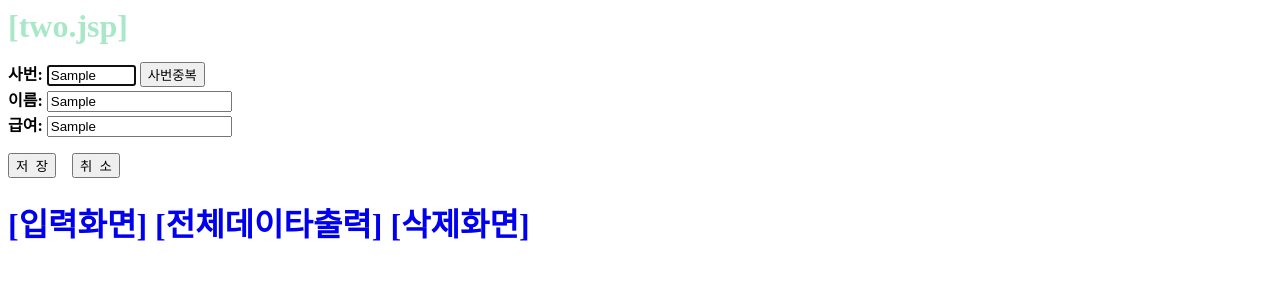
Repository: sorakazae/ITBANK_JSP_101
Page: http://localhost/Web0517/two.jsp
These files come from the project's save history. The page is drawn as it stood at one moment and after the next save; the edit follows.
The browser window is 1280 px wide. The pictures show the whole page.
Empty fields were first filled with sample values (such as "Sample", 5 or name@example.com).
After loading, the first visible `input[onclick="move()"]` was clicked once.
The page is served by Tomcat 9.

Above is the page before, as saved 2014-05-31 01:31:48.

After the next save:
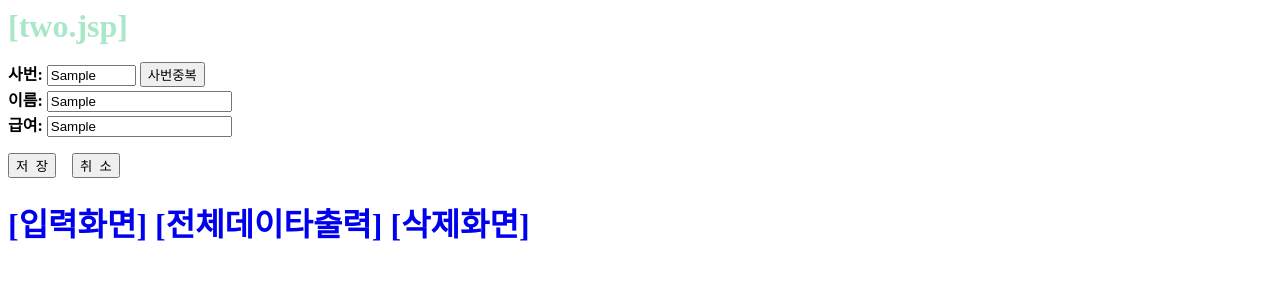
Console error: SyntaxError: Unexpected token ';'
Saved 10 min 16 s later.
--- a/day8/my/Web0517/WebContent/two.jsp
+++ b/day8/my/Web0517/WebContent/two.jsp
@@ -10,10 +10,9 @@
  </style>
  <script type = "text/javascript">
  	function move(){
- 		var data1=myform.sabun.value;
- 		if(data1==""){
+ 		if(document.myform.sabun.value;==""){
  			alert("사번이 공백입니다"); // alert(" 메세지 "); 안내문메세지
- 			myform.sabun.focus();// 재입력을 위해서 초점(커서)이 간다.
+ 			document.myform.sabun.focus();// 재입력을 위해서 초점(커서)이 간다.
  			return false;
  		}else{myform.name.focus();}
 
